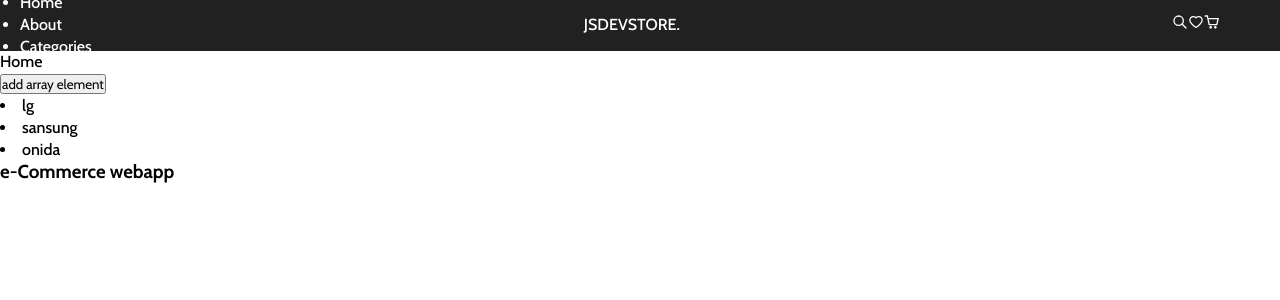
Repository: suraj-yadav7/ecommerce
Page: /
An editor plug-in stored every save of this project. The page is shown before and after the next save, followed by the edit.
The browser window is 1280 px wide. The pictures show the whole page.
The project was rebuilt for these pictures with package versions that can differ from the ones it lists, and the page was loaded fresh each time. Also part of the build but not shown: src/components/Home/Home.scss, src/components/Category/Category.scss, src/components/Category/Category.jsx, src/components/SingleProduct/SingleProduct.scss, src/components/SingleProduct/SingleProduct.jsx, src/App.scss, src/components/Header/Search/Search.scss, src/components/Header/Search/Search.jsx and 2 more.

Above is the page before, as saved 2023-06-13 15:01:57.

### src/index.jsx
import React from 'react';
import ReactDOM from 'react-dom/client';
import './index.scss';
import App from './App';
import { Provider } from 'react-redux';
import store from './store/store';

const root = ReactDOM.createRoot(document.getElementById('root'));
root.render(
<Provider store={store}>
    <App />
</Provider>
);

### src/App.jsx
import React from 'react';
import { BrowserRouter as Router, Routes, Route } from 'react-router-dom';
import Home from "./components/Home/Home"
import Category from "./components/Category/Category"
import SingleProduct from "./components/SingleProduct/SingleProduct"
import './App.scss';
import Header from './components/Header/Header';

function App() {
  return (
   <>
   <Router>
    <Header/>
    <Routes>
        <Route exact path="/" element={<Home/>} />
        <Route exact path="/category/:id" element={<Category/>} />
        <Route exact path="/product/:id" element={<SingleProduct/>} />
    </Routes>
   </Router>
   <h3>e-Commerce webapp</h3>

   </>
  );
}

export default App;

### src/store/store.jsx
import { configureStore } from "@reduxjs/toolkit";
import productSlice from "./slices/productSlice";


const store = configureStore({
    reducer:{
        product:productSlice
    }
})

export default store;

### src/components/Home/Home.jsx
import { useDispatch, useSelector } from "react-redux";
import "./Home.scss";
import { addElement } from "../../store/slices/productSlice";


const Home = () => {
    const dispatch = useDispatch()
    const data = useSelector((state)=> state.product.data)
    return(
     <>
     <div>Home</div>
     <button onClick={()=>dispatch(addElement("sonyBravia"))}>add array element</button>
        <div className="list">
     {

        data.map((elem,index)=>(
            <li key={index}>{elem}</li>
        ))

    }
        </div>
     </>


    )
};

export default Home;

### src/components/Header/Header.jsx
import "./Header.scss";
import Search from "./Search/Search"
import Cart from "../Cart/Cart"
import { TbSearch } from "react-icons/tb"
import { CgShoppingCart } from "react-icons/cg"
import { AiOutlineHeart } from "react-icons/ai"
import "./Header.scss"

const Header = () => {
    return (
        <>
            <header className="main-header">
                <div className="header-content">
                    <ul className="left" >
                        <li>Home</li>
                        <li>About</li>
                        <li> Categories</li>
                    </ul>
                    <div className="center"> JSDEVSTORE.</div>
                    <div className="right">
                        <TbSearch />
                        <AiOutlineHeart />
                        <span className="cart-icon">
                            <CgShoppingCart />
                        </span>
                    </div>
                </div >
            </header >
        </>
    )
};

export default Header;

### src/store/slices/productSlice.jsx
import { createSlice } from "@reduxjs/toolkit";

const productSlice = createSlice({
    name:"productSlice",
    initialState:{
        data:["lg", "sansung", "onida"],
        loading:false,
        error:null
    },

    reducers:{
        addElement:(state, action)=>{
            state.data.push(action.payload)
        },

    },

    extraReducers:{

    }


})

export default productSlice.reducer

export const {addElement}= productSlice.actions;

### src/components/Header/Header.scss
@import "../../css-config/mixins.scss";

.main-header {
    width: 100%;
    padding: 0 20px;
    background-color:#212121;
    color: white;
    border-bottom: 1px solid rgba(0, 0, 0, 0.1);
    z-index: 99;
    .header-content {
    display: flex;
    justify-content: space-between;
    align-items: center;
    height: 50px;
    max-width: 1200px;
    .left {

    }
    •center {

    }
    .right {
    }

    }
}

Loaded but not shown: public/index.html (common file); src/index.scss (common file); src/css-config/mixins.scss (common file)

After the next save:
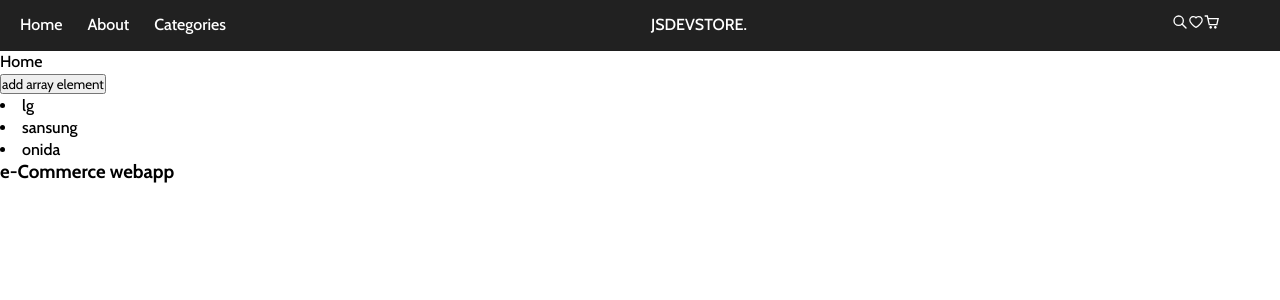
Saved 90 s later.
--- a/src/components/Header/Header.scss
+++ b/src/components/Header/Header.scss
@@ -14,7 +14,9 @@
     height: 50px;
     max-width: 1200px;
     .left {
-
+        list-style-type: none;
+        display: flex;
+        gap: 25px;
     }
     •center {
 
